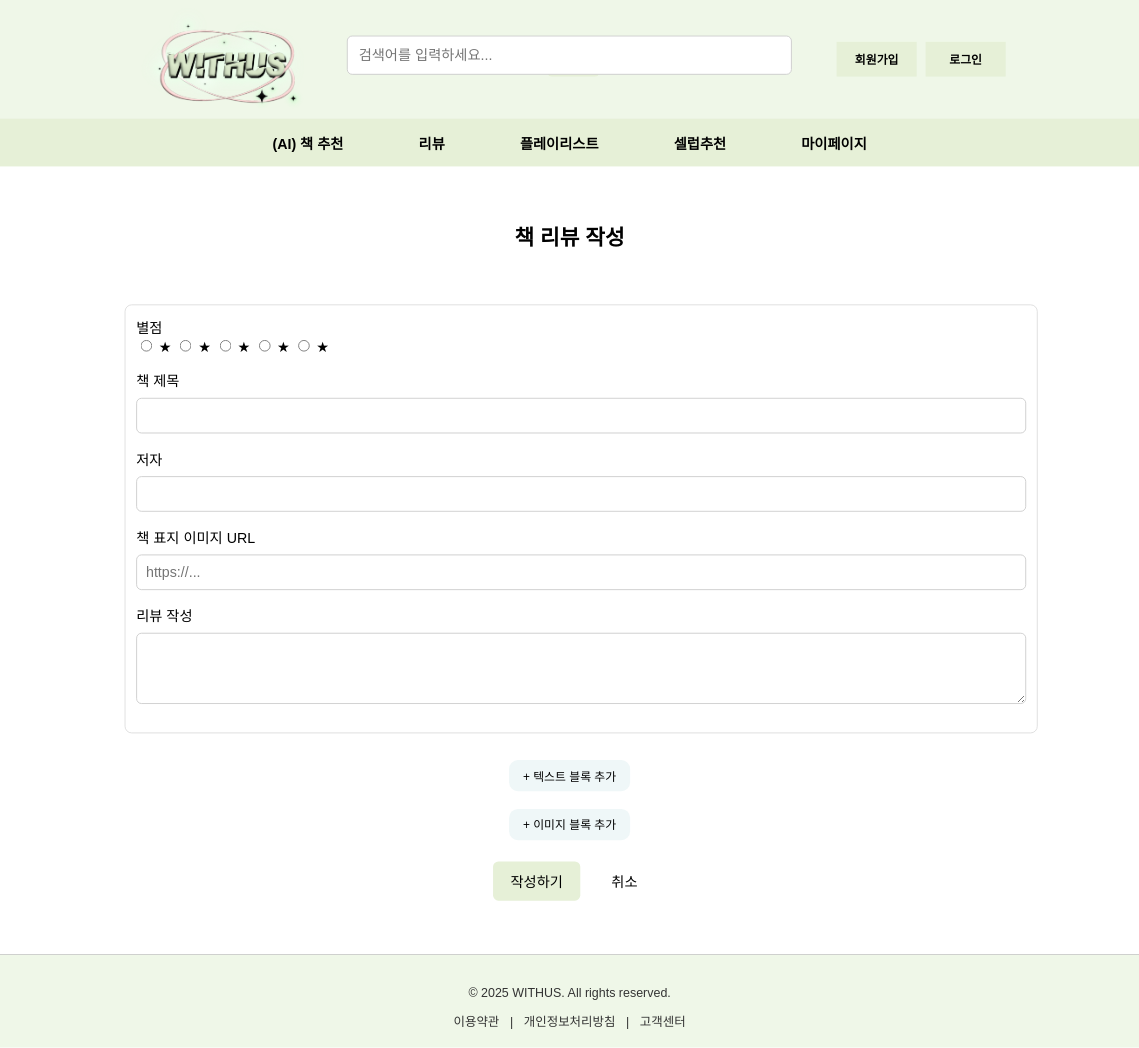
Repository: book-recommendation-team/book_recommendation_web_project
Page: http://localhost/2025_teamproject/reviewForm.jsp
These files come from the project's save history. The page is drawn as it stood at one moment and after a run of saves; the edit follows.
The browser window is 1280 px wide. The pictures show the whole page, at 89% of full size.
The page is served by Tomcat 9. Other server files are loaded and not shown.

Above is the page before, as saved 2025-07-04 03:47:32.

### 2025_teamproject/src/main/webapp/reviewForm.jsp
<%@ page contentType="text/html; charset=UTF-8" language="java"%>
<!DOCTYPE html>
<html>
<link rel="stylesheet"
	href="https://cdnjs.cloudflare.com/ajax/libs/font-awesome/6.5.0/css/all.min.css" />
<link rel="stylesheet" href="./css/celebList.css" />
<%@ include file="css/main_css.jsp"%>
<%@ include file="./main2.jsp"%>
<link rel="icon" href="img/icon2.png" type="image/x-icon">
<head>
<title>리뷰 작성</title>
<style>
body {
	font-family: 'Arial', sans-serif;
	margin: 0;
	padding: 0;
	background-color: #fff;
}

.container {
	max-width: 1000px;
	margin: 30px auto;
	padding: 0 16px;
}

h2 {
	text-align: center;
	margin: 60px;
}

input[type="text"], input[type="file"], textarea {
	box-sizing: border-box;
	width: 100%;
	padding: 10px;
	margin-top: 8px;
	margin-bottom: 16px;
	border: 1px solid #ccc;
	border-radius: 6px;
	font-size: 1rem;
}

.editor-block {
	width: 100%;
	border: 1px solid #ddd;
	padding: 12px;
	border-radius: 8px;
	margin-bottom: 12px;
	background-color: #fff;
}

.editor-block textarea {
	resize: vertical;
	min-height: 80px;
}

.editor-block input[type="file"] {
	background-color: #f4f4f4;
}

.button-box {
	text-align: center;
	margin-top: 24px;
}

.button-box button {
	padding: 10px 20px;
	font-size: 1rem;
	border: none;
	border-radius: 6px;
	margin-left: 10px;
	cursor: pointer;
}

.submit-btn {
	background-color: #e6f0d7;
	color: black;
}

.cancel-btn {
	background-color: #fff;
	color: black;
}

.add-block-btn {
	display: block;
	margin: 0 auto 20px;
	padding: 8px 16px;
	border-radius: 10px;
	background-color: #eff7f8;
	color: black;
	border: none;
	cursor: pointer;

.star-rating {
  display: flex;
  flex-direction: row-reverse;
  justify-content: start;
}

.star-rating input[type="radio"] {
  display: none;
}

.star-rating label {
  font-size: 2rem;
  color: #ccc;
  cursor: pointer;
  transition: color 0.2s;
}

.star-rating input[type="radio"]:checked ~ label,
.star-rating label:hover,
.star-rating label:hover ~ label {
  color: gold;
}


</style>
</head>
<body>
	<div class="container">
		<h2>책 리뷰 작성</h2>
		<form action="submitReview" method="post"
			enctype="multipart/form-data">
			<div id="editor-area">
				<div class="editor-block">
					<div style="margin-bottom: 1rem;">
  					<label for="rating">별점</label>
						<div class="star-rating">
						  <input type="radio" id="star5" name="rating" value="5" />
						  <label for="star5">★</label>
						  <input type="radio" id="star4" name="rating" value="4" />
						  <label for="star4">★</label>
						  <input type="radio" id="star3" name="rating" value="3" />
						  <label for="star3">★</label>
						  <input type="radio" id="star2" name="rating" value="2" />
						  <label for="star2">★</label>
						  <input type="radio" id="star1" name="rating" value="1" />
						  <label for="star1">★</label>
						</div>
					</div>
					<label>책 제목</label> <input type="text" name="title" required>
					<label>저자</label> <input type="text" name="author" required>
					<label>책 표지 이미지 URL</label> <input type="text" name="coverImageUrl"
						placeholder="https://..." required> <label>리뷰 작성</label>
					<textarea name="reviewText" required></textarea>
				</div>
			</div>
		</form>
	</div>


	<!-- 블록 추가 버튼 -->
	<div style="text-align: center; margin-bottom: 20px;">
		<button type="button" class="add-block-btn"
			onclick="addEditorBlock('text')">+ 텍스트 블록 추가</button>
		<button type="button" class="add-block-btn"
			onclick="addEditorBlock('image')">+ 이미지 블록 추가</button>
	</div>

	<div class="button-box">
		<button type="submit" class="submit-btn">작성하기</button>
		<button type="button" class="cancel-btn" onclick="history.back()">취소</button>
	</div>
	</form>
	</div>

	<footer>
		<div class="footer-container">
			<p>&copy; 2025 WITHUS. All rights reserved.</p>
			<div class="footer-links">
				<a href="#">이용약관</a> | <a href="#">개인정보처리방침</a> | <a href="#">고객센터</a>
			</div>
		</div>
	</footer>

	<script>
	let blockCount = 1;

	function addEditorBlock(type) {
		blockCount++;
		const editorArea = document.getElementById("editor-area");

		const blockDiv = document.createElement("div");
		blockDiv.className = "editor-block";

		if (type === "text") {
			blockDiv.innerHTML = `
				<label>텍스트 입력</label>
				<textarea name="contentBlock${blockCount}_text"></textarea>
			`;
		} else if (type === "image") {
			blockDiv.innerHTML = `
				<label>이미지 업로드</label>
				<input type="file" name="contentBlock${blockCount}_image" accept="image/*">
			`;
		} else {
			alert("알 수 없는 블록 타입입니다.");
			return;
		}

		editorArea.appendChild(blockDiv);
	}
	</script>
</body>
</html>

### 2025_teamproject/src/main/webapp/css/main_css.jsp
<%@ page language="java" contentType="text/html; charset=UTF-8"
    pageEncoding="UTF-8"%>
<!DOCTYPE html>
<style>
  /* 기본 스타일 (기존 유지) */
body {
    font-family: 'Arial', sans-serif;
    margin: 0;
    padding: 0;
    background-color: #fff;
}

header {
    display: flex;
    justify-content: space-between;
    align-items: center;
    background-color: #eff7e8;
    padding: 0px;
}

#logo img {
    width: 200px;
    height: auto;
    margin-left: 150px;
}

#logo a img {
    cursor: pointer;
}

#search-box {
    padding: 12px;
    width: 500px;
    border: 1px solid #ccc;
    position: absolute;
    left: 50%;
    transform: translateX(-50%);
}

.search-group {
    position: absolute;
    left: 50%;
    transform: translateX(-50%);
    display: flex;
    align-items: center;
}

#search-btn {
    background-color: #e6f0d7;
    border: none;
    padding: 10px 16px;
    margin-left: 8px;
    font-weight: bold;
    cursor: pointer;
    border-radius: 4px;
}

#search-btn:hover {
    background-color: #cce0b8;
}

#logout-btn,
#user-buttons button {
    background-color: #e6f0d7;
    border: none;
    padding: 10px 16px;
    cursor: pointer;
    width: 90px;
    font-weight: bold;
}

nav {
    background-color: #e6f0d7;
    text-align: center;
    padding: 15px 0;
}

nav a {
    text-decoration: none;
    margin: 0 40px;
    color: #000;
    font-weight: bold;
}

nav a:hover {
    text-decoration: underline;
}

#user-buttons {
    display: flex;
    gap: 10px;
    margin-right: 150px;
}

.banner {
    position: relative;
    width: 100%;
    height: 650px;
    overflow: hidden;
      background-color: transparent;
}

.banner img {
    position: absolute;
    top: 0;
    left: 0;
    width: 100%;
    height: 100%;
    object-fit: cover;
    object-position: center center;
    z-index: 1;
}

.banner-controls {
    position: absolute;
    bottom: 10px;
    right: 10px;
    z-index: 3;
    display: flex;
    gap: 6px;
}

.banner-controls button {
    background-color: rgba(255, 193, 7, 0.9);
    border: none;
    padding: 6px 8px;
    font-size: 14px;
    border-radius: 5px;
    cursor: pointer;
    color: #000;
    transition: background-color 0.3s ease;
}

.banner-controls button:hover {
    background-color: rgba(255, 160, 0, 0.95);
}

.section-title {
    background-color: #e6f0d7;
    display: flex;
    justify-content: center;
    flex-wrap: wrap;
    gap: 34px;
    padding: 18px 0;
     width: 100%;        /* ✅ 추가 */
    margin: 8px 0;      /* ✅ 가운데 정렬 제거 */
}

.section-title a {
    text-decoration: none;
    margin: 0 20px;
    color: #000;
    font-weight: bold;
}

.section-title a:hover {
    text-decoration: underline;
}

.main_list {
    padding: 20px;
    text-align: center;
}

 .tag-list {
    display: flex;
    justify-content: center;
    flex-wrap: wrap;
    gap: 12px;
    margin: 20px 0;
}

.tag-button {
    background-color: #e6f0d7; /* 기본 연그린 */
    border: 1px solid transparent;
    padding: 8px 16px;
    border-radius: 20px;
    font-size: 14px;
    color: #446b3c; /* 그린 계열 텍스트 */
    cursor: pointer;
    font-weight: 600;
    transition: background-color 0.3s, color 0.3s, border 0.3s;
    outline: none;
}

.tag-button:hover {
    background-color: #d0e6c5;             /* hover 시 약간 더 진한 그린 */
    color: #2e4f25;
}

.tag-button.active {
    background-color: #c0dab0;             /* 클릭됐을 때 조금 더 강조 */
    border: 1px solid #8cb78a;             /* 테두리도 자연스러운 초록 */
    color: #2e4f25;                        /* 글자도 어울리는 진한 그린 */
}

.tag-button:focus {
    outline: none;
    box-shadow: none;
}

/* 책 슬라이더 스타일 */
.book-carousel {
    position: relative;
    max-width: 1000px;
    margin: 0 auto 40px auto;
    overflow: hidden;
}

.carousel-window {
    width: 1000px;
    overflow: hidden;
    margin: 0 auto;
}

.carousel-track {
    display: flex;
    transition: transform 0.5s ease;
}

/* 이전/다음 버튼 - 위치 고정, 색상 조정 */
.carousel-btn {
    position: absolute;
    top: 50%;
    transform: translateY(-50%);
    font-size: 26px;
    background-color: #f3f8ef;
    border: none;
    color: #444;
    cursor: pointer;
    padding: 8px 12px;
    border-radius: 50%;
    z-index: 2;
    display: flex;
    align-items: center;
    justify-content: center;
    transition: background-color 0.3s, color 0.3s;
    user-select: none;
}

.carousel-btn:hover {
    background-color: #c8dfb5;
    color: #000;
}

.carousel-btn.prev {
    left: 10px;
}

.carousel-btn.next {
    right: 10px;
}

.book-item {
    flex: 0 0 25%;
    text-align: center;
    padding: 10px;
    box-sizing: border-box;
}

.book-item img {
    width: 180px;
    height: 260px;
    object-fit: cover;
    border-radius: 6px;
}

.book-info {
    margin-top: 8px;
}

.book-title {
    font-size: 14px;
    font-weight: bold;
    margin-top: 10px;
    color: #444;
}

.book-author {
    font-size: 12px;
    color: #666;
}

footer {
    background-color: #eff7e8;
    color: #333;
    padding: 20px 0;
    text-align: center;
    font-size: 14px;
    border-top: 1px solid #ccc;
    margin-top: 60px;
}

.footer-container {
    max-width: 1000px;
    margin: 0 auto;
}

.footer-links a {
    color: #333;
    text-decoration: none;
    margin: 0 8px;
}

.footer-links a:hover {
    text-decoration: underline;
}

 /* 이전/다음 버튼 스타일 */
#carousel-prev-btn, #carousel-next-btn {
    font-size: 18px;
    padding: 5px 12px;
    margin: 10px 5px 20px 5px;
    cursor: pointer;
    border: 1px solid #446b3c;
    background: white;
    color: #446b3c;
    border-radius: 4px;
}
#carousel-prev-btn:hover, #carousel-next-btn:hover {
    background-color: #446b3c;
    color: white;
}
#scrollToTopBtn {
  position: fixed;
  bottom: 150px;
  right: 40px;
  width: 66px; /* 이미지와 딱 맞게 약간 키움 */
  height: 66px;
  background-color: transparent;
  border: none;
  border-radius: 0;
  transform: rotate(45deg);
  box-shadow: 0 4px 8px rgba(0, 0, 0, 0.15); /* 그림자 더 작고 약하게 */
  cursor: pointer;
  display: flex;
  justify-content: center;
  align-items: center;
  z-index: 999;
  transition: all 0.3s ease;
  backdrop-filter: blur(10px);
  padding: 0;
  margin-top: 0px; /* margin-top 제거 또는 0으로 */
}

#scrollToTopBtn img {
  width: 100%;
  height: 100%;
  object-fit: contain;
  transform: rotate(-45deg);
  display: block;
  transition: transform 0.3s ease;
  position: relative;
  top: 0;
  left: 0;
}

#scrollToTopBtn:hover {
  transform: rotate(45deg) translateY(2px); /* 움직임도 줄임 */
  box-shadow: 0 6px 10px rgba(0, 0, 0, 0.2); /* 호버시 그림자도 작게 */
}

#scrollToTopBtn:hover img {
  transform: scale(1.05) rotate(-45deg);
}

</style>

### 2025_teamproject/src/main/webapp/main2.jsp
<%@ page language="java" contentType="text/html; charset=UTF-8" pageEncoding="UTF-8"%>
<!DOCTYPE html>
<html>
<head>
    <meta charset="UTF-8">
    <title>WITHUS</title>
    <%@ include file="css/main_css.jsp" %>
    <link rel="icon" href="img/icon2.png" type="image/x-icon">
</head>

<script src="https://cdn.jsdelivr.net/npm/swiper@11/swiper-bundle.min.js"></script>

<body>
<header>
 <div id="logo">
  <a href="main.jsp">
    <img src="img/logo.png" alt="로고">
  </a>
</div>

  <div class="search-group">
    <input type="text" id="search-box" placeholder="검색어를 입력하세요..." />
    <button id="search-btn">검색</button>
  </div>
  <div id="user-buttons">
    <button id="join-btn" onclick="location.href='join.jsp'">회원가입</button>
    <button id="login-btn" onclick="location.href='Login.jsp'">로그인</button>
  </div>
</header>

	<nav>
		<a href="#">(AI) 책 추천</a> <a
			href="${pageContext.request.contextPath}/reviewList">리뷰</a> <a
			href="#">플레이리스트</a> <a
			href="${pageContext.request.contextPath}/celebList">셀럽추천</a> <a
			href="#">마이페이지</a>
	</nav>
</body>
</html>

### 2025_teamproject/src/main/webapp/css/celebList.css
@charset "UTF-8";

body {
	font-family: 'Arial', sans-serif;
	margin: 0;
	padding : 0;
	background-color: #fff;
	padding: 0;
}

.container {
	max-width: 1200px;
	margin: 30px auto;
}

.grid {
	display: grid;
	grid-template-columns: repeat(auto-fill, minmax(220px, 1fr));
	gap: 30px;
}

.card {
	margin-top: 20px;
	position: relative;
	background-color: #fff;
	border-radius: 5px;
	overflow: hidden;
	box-shadow: 0 4px 10px rgba(0, 0, 0, 0.08);
	transition: transform 0.2s ease;
	text-decoration: none;
	color: #000;
}

.card:hover {
	transform: translateY(-2px);
}

.card img {
	width: 100%;
	height: 260px;
	object-fit: cover;
}

.card-content {
	padding: 12px 14px;
}

.card-title {
	font-size: 1rem;
	font-weight: bold;
	margin-bottom: 5px;
}

.card-desc {
	font-size: 0.875rem;
	color: #555;
	line-height: 1.4;
	height: 2.6em;
	overflow: hidden;
	text-overflow: ellipsis;
}

/* 북마크 아이콘 */
.bookmark-icon {
	position: absolute;
	top: 12px;
	right: 12px;
	font-size: 1.2rem;
	color: rgba(255, 255, 255, 0.5);
	padding: 6px;
	border-radius: 50%;
	transition: color 0.2s ease;
}

.bookmark-icon:hover {
	color: #fff;
}

#topBtn {
	position: fixed;
	bottom: 40px;
	right: 40px;
	z-index: 9999;
	background-color: white;
	color: gray;
	border: none;
	border-radius: 50%;
	padding: 16px 18px;
	cursor: pointer;
	box-shadow: 0 8px 8px rgba(0,0,0,0.4);
	font-size: 1.5rem;
}

After the next 2 saves:
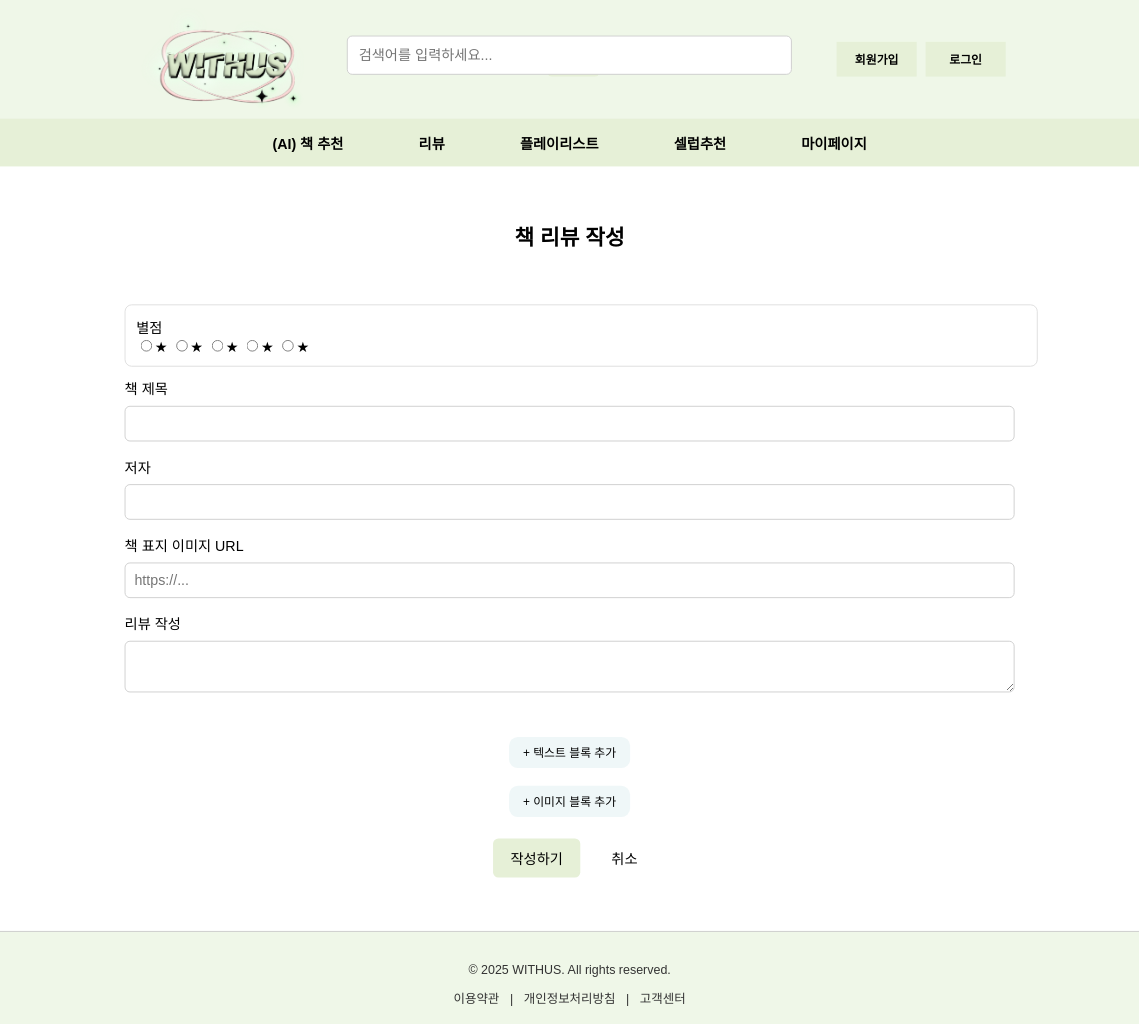
The 2 saves are shown as one change because they came seconds apart.
The last was saved 2 min 2 s later.
--- a/2025_teamproject/src/main/webapp/reviewForm.jsp
+++ b/2025_teamproject/src/main/webapp/reviewForm.jsp
@@ -91,10 +91,11 @@ input[type="text"], input[type="file"], textarea {
 	border: none;
 	cursor: pointer;
 
+/* ⭐ 별점 스타일 */
 .star-rating {
-  display: flex;
-  flex-direction: row-reverse;
-  justify-content: start;
+  direction: rtl;  /* 별점을 오른쪽부터 왼쪽으로 */
+  unicode-bidi: bidi-override;
+  display: inline-flex;
 }
 
 .star-rating input[type="radio"] {
@@ -102,7 +103,7 @@ input[type="text"], input[type="file"], textarea {
 }
 
 .star-rating label {
-  font-size: 2rem;
+  font-size: 2.2rem;
   color: #ccc;
   cursor: pointer;
   transition: color 0.2s;
@@ -113,6 +114,7 @@ input[type="text"], input[type="file"], textarea {
 .star-rating label:hover ~ label {
   color: gold;
 }
+
 
 
 </style>
@@ -124,20 +126,16 @@ input[type="text"], input[type="file"], textarea {
 			enctype="multipart/form-data">
 			<div id="editor-area">
 				<div class="editor-block">
-					<div style="margin-bottom: 1rem;">
-  					<label for="rating">별점</label>
-						<div class="star-rating">
-						  <input type="radio" id="star5" name="rating" value="5" />
-						  <label for="star5">★</label>
-						  <input type="radio" id="star4" name="rating" value="4" />
-						  <label for="star4">★</label>
-						  <input type="radio" id="star3" name="rating" value="3" />
-						  <label for="star3">★</label>
-						  <input type="radio" id="star2" name="rating" value="2" />
-						  <label for="star2">★</label>
-						  <input type="radio" id="star1" name="rating" value="1" />
-						  <label for="star1">★</label>
-						</div>
+					<div class="rating-wrap">
+  <label>별점</label>
+  <div class="star-rating">
+    <input type="radio" id="star5" name="rating" value="5"><label for="star5">★</label>
+    <input type="radio" id="star4" name="rating" value="4"><label for="star4">★</label>
+    <input type="radio" id="star3" name="rating" value="3"><label for="star3">★</label>
+    <input type="radio" id="star2" name="rating" value="2"><label for="star2">★</label>
+    <input type="radio" id="star1" name="rating" value="1"><label for="star1">★</label>
+  </div>
+</div>
 					</div>
 					<label>책 제목</label> <input type="text" name="title" required>
 					<label>저자</label> <input type="text" name="author" required>
